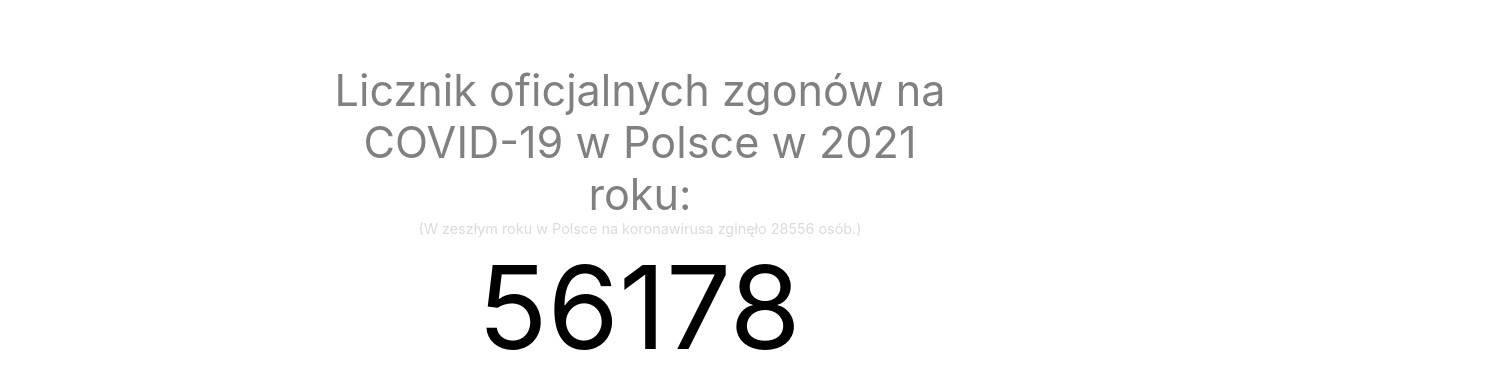
Repository: michalgornicki/poland-covid
Page: /
These files come from the project's save history. The page is drawn as it stood at one moment and after the next save; the edit follows.
The browser window is 1280 px wide. The page is 1280 px wide, then 1506 px, so the pictures cover 1506 px, including what lies to the right of the window. The pictures show the whole page.
The project was rebuilt for these pictures with package versions that can differ from the ones it lists, and the page was loaded fresh each time.

Above is the page before, as saved 2021-12-04 19:16:54.

### src/App.jsx
import React, { useEffect } from 'react';
import './App.css';

function App() {



  const startTime = () => {
    const date = new Date();
    let miliseconds = date.getTime();
    let seconds = Math.round(miliseconds/1000);
    let hours = seconds/3600;
    let thisYearHours = Math.round(hours - 447056);
    let thisYearSeconds = Math.round(seconds - 1609401600)

    let deaths = Math.round(thisYearSeconds*0.00192110763);
    document.getElementsByClassName('counter')[0].innerHTML =  deaths;
    let deathsPerMillion = deaths/37.95;
    document.getElementsByClassName('counter')[0].innerHTML =  deaths;


    setTimeout(startTime, 1000);
  }

  useEffect(() => {
    startTime()
  });

  return (
    <p>
      <div className="text-container">
      <div className="header">Licznik oficjalnych zgonów na COVID-19 w Polsce w 2021 roku:</div>
      <div className="header-2">(W zeszłym roku w Polsce na koronawirusa zginęło 28556 osób.)</div>
      <div className="counter">{""}</div>
      <div className="counter">{""}</div>



      </div>
    </p>
  );
}

export default App;

### src/App.css
.text-container{
    margin-top: 5%;
}

.header{
    font-size: 6vmin;
    display: block;
    margin: auto;
    width: 50%;
    text-align: center;
    color: gray;
}

.header-2{
    font-size: 2vmin;
    display: block;
    margin: auto;
    width: 50%;
    text-align: center;
    color: rgb(218, 218, 218);
}

.counter{
    font-size: 16vmin;
    display: block;
    margin: auto;
    width: 50%;
    text-align: center;
}

Loaded but not shown: public/index.html (common file); src/index.js (common file); src/index.css (common file); src/reportWebVitals.js (common file)

After the next save:
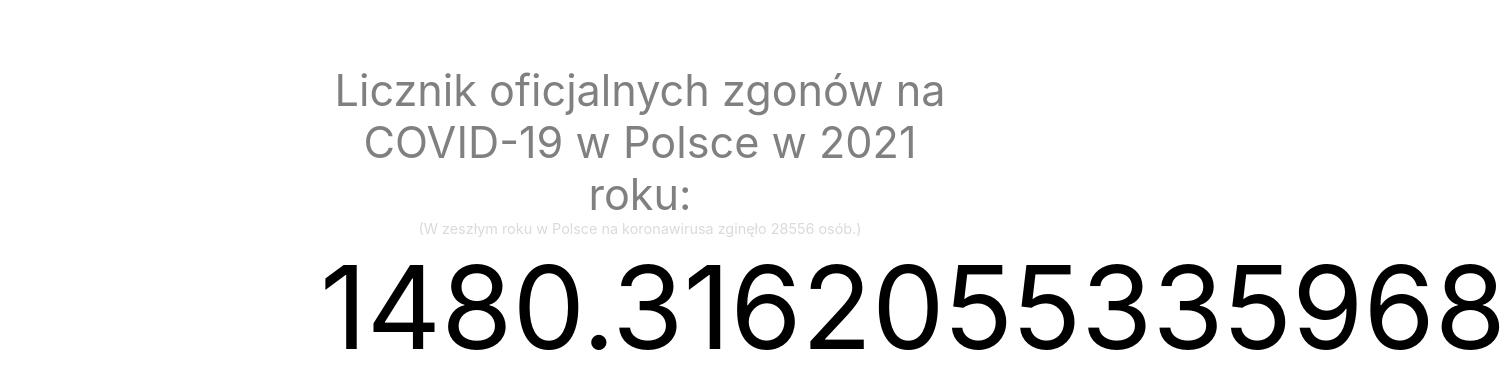
Saved 4 s later.
--- a/src/App.jsx
+++ b/src/App.jsx
@@ -16,7 +16,7 @@ function App() {
     let deaths = Math.round(thisYearSeconds*0.00192110763);
     document.getElementsByClassName('counter')[0].innerHTML =  deaths;
     let deathsPerMillion = deaths/37.95;
-    document.getElementsByClassName('counter')[0].innerHTML =  deaths;
+    document.getElementsByClassName('counter')[0].innerHTML =  deathsPerMillion;
 
 
     setTimeout(startTime, 1000);
